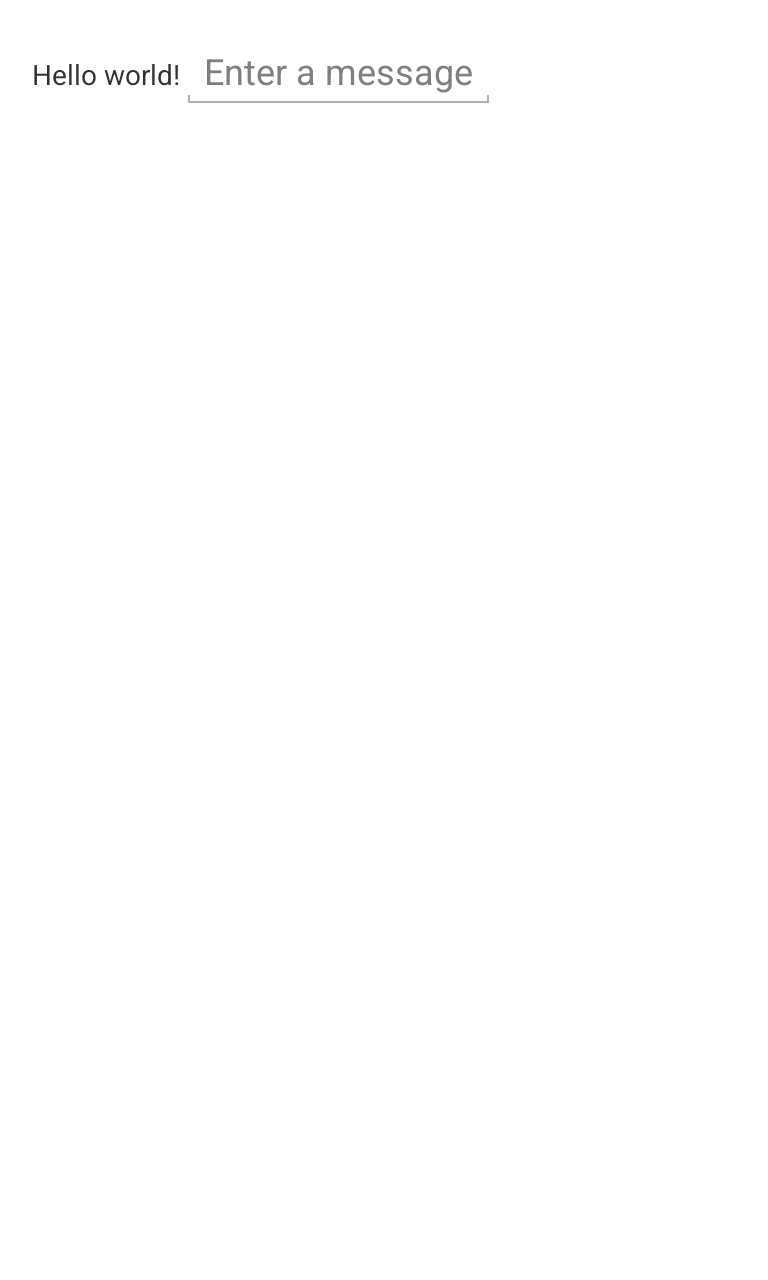
Repository: Raytray/WTFIIMC
Layout: Android/WTFIIMC/res/layout/activity_main.xml
An editor plug-in stored every save of this project. The layout is shown before and after the next save, followed by the edit.
It is drawn on a 768 x 1280 px phone screen (xhdpi) without system bars, with theme AppTheme; the app's code is not run.

Above is the layout before, as saved 2013-10-28 01:34:38.

After the next save:
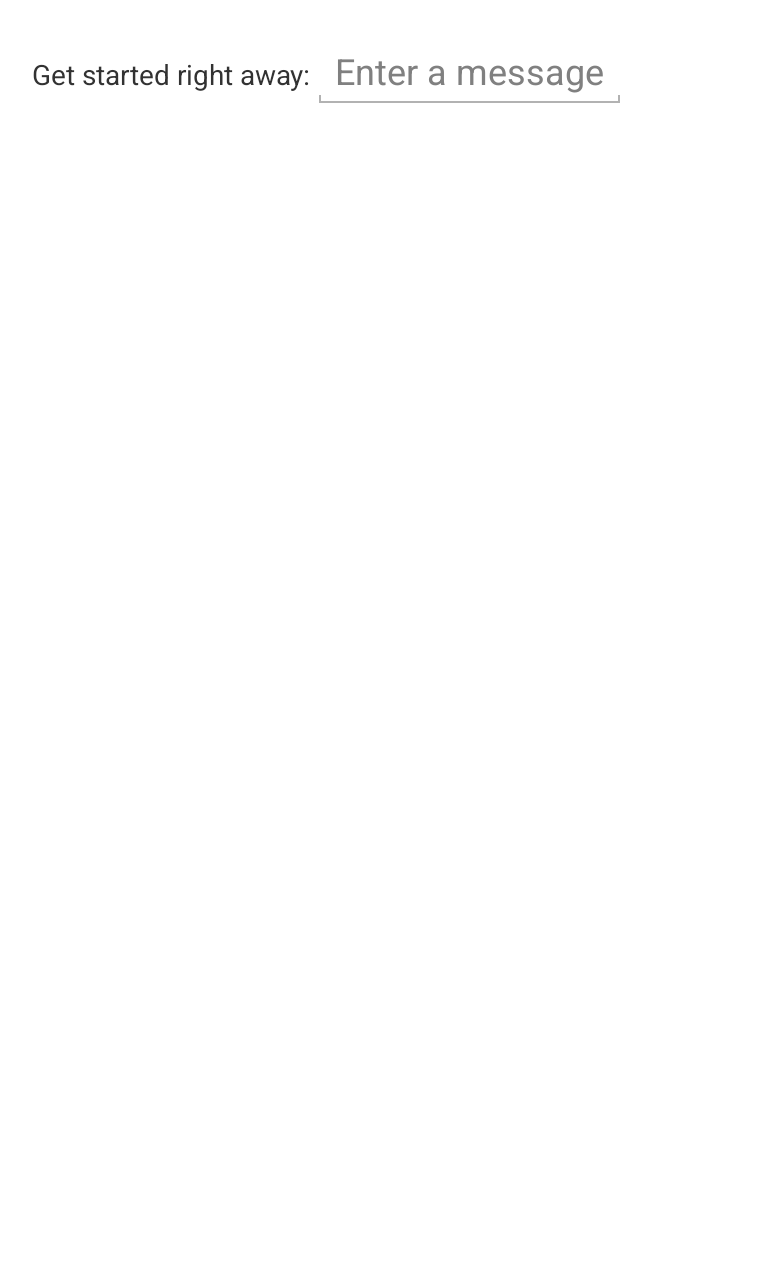
Saved 91 s later.
--- a/Android/WTFIIMC/res/values/strings.xml
+++ b/Android/WTFIIMC/res/values/strings.xml
@@ -3,7 +3,7 @@
 
     <string name="app_name">WTFIIMC</string>
     <string name="action_settings">Settings</string>
-    <string name="hello_world">Hello world!</string>
+    <string name="hello_world">Get started right away:<br></br></string>
 
     <string name="edit_message">Enter a message</string>
     <string name="button_send">Send</string>
